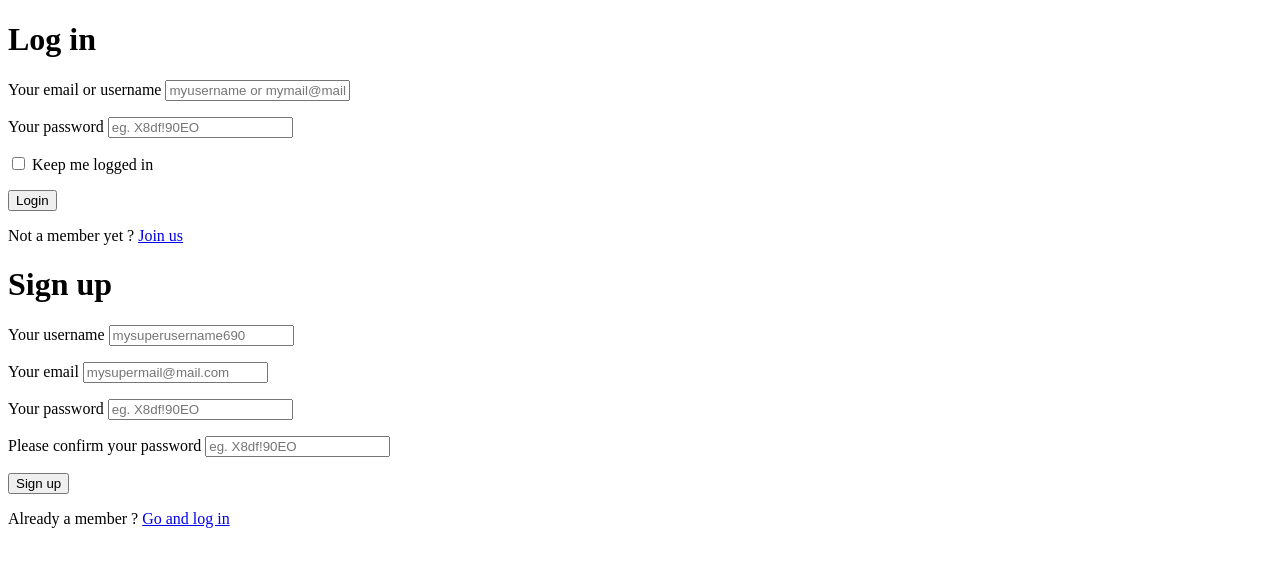
Repository: bhakal/All_Projects
Page: eclipse-javascript/JSValidationApp/index.html
The author's editor kept a copy of each file at every save. The page is drawn from the files as they stood at one save, then again after the next save.
The browser window is 1280 px wide. The pictures show the whole page.

Above is the page before, as saved 2019-08-23 05:53:32.

### eclipse-javascript/JSValidationApp/index.html
<!DOCTYPE html>
<html>
<head>
<meta charset="ISO-8859-1">
<title>Insert title here</title>
<script type = "text/javascript" src = "js/validate.js"></script>
</head>
<body >


<div id="container_demo" >
	<!-- hidden anchor to stop jump http://www.css3create.com/Astuce-Empecher-le-scroll-avec-l-utilisation-de-target#wrap4  -->
	<a class="hiddenanchor" id="toregister"></a>
	<a class="hiddenanchor" id="tologin"></a>
	<div id="wrapper">
		<div id="login" class="animate form">
			<form  action="mysuperscript.php" autocomplete="on">
				<h1>Log in</h1>
				<p>
					<label for="username" class="uname" data-icon="u" > Your email or username </label>
					<input id="username" name="username" required="required" type="text" placeholder="myusername or mymail@mail.com"/>
				</p>
				<p>
					<label for="password" class="youpasswd" data-icon="p"> Your password </label>
					<input id="password" name="password" required="required" type="password" placeholder="eg. X8df!90EO" />
				</p>
				<p class="keeplogin">
					<input type="checkbox" name="loginkeeping" id="loginkeeping" value="loginkeeping" />
					<label for="loginkeeping">Keep me logged in</label>
				</p>
				<p class="login button">
					<input type="submit" value="Login" />
				</p>
				<p class="change_link">
					Not a member yet ?
					<a href="#toregister" class="to_register">Join us</a>
				</p>
			</form>
		</div>

		<div id="register" class="animate form">
			<form  action="mysuperscript.php" autocomplete="on">
				<h1> Sign up </h1>
				<p>
					<label for="usernamesignup" class="uname" data-icon="u">Your username</label>
					<input id="usernamesignup" name="usernamesignup" required="required" type="text" placeholder="mysuperusername690" />
				</p>
				<p>
					<label for="emailsignup" class="youmail" data-icon="e" > Your email</label>
					<input id="emailsignup" name="emailsignup" required="required" type="email" placeholder="mysupermail@mail.com"/>
				</p>
				<p>
					<label for="passwordsignup" class="youpasswd" data-icon="p">Your password </label>
					<input id="passwordsignup" name="passwordsignup" required="required" type="password" placeholder="eg. X8df!90EO"/>
				</p>
				<p>
					<label for="passwordsignup_confirm" class="youpasswd" data-icon="p">Please confirm your password </label>
					<input id="passwordsignup_confirm" name="passwordsignup_confirm" required="required" type="password" placeholder="eg. X8df!90EO"/>
				</p>
				<p class="signin button">
					<input type="submit" value="Sign up"/>
				</p>
				<p class="change_link">
					Already a member ?
					<a href="#tologin" class="to_register"> Go and log in </a>
				</p>
			</form>
		</div>

	</div>
</div>


</body>
</html>

Loaded but not shown: eclipse-javascript/JSValidationApp/js/validate.js (common file)

After the next save:
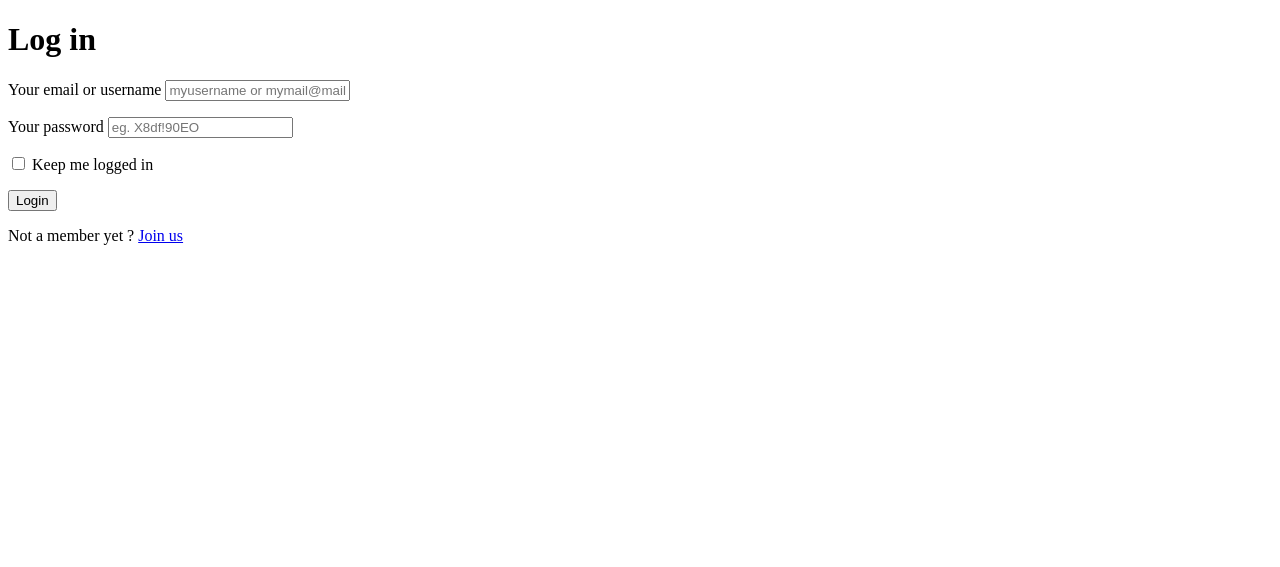
Saved 15 s later.
--- a/eclipse-javascript/JSValidationApp/index.html
+++ b/eclipse-javascript/JSValidationApp/index.html
@@ -3,72 +3,48 @@
 <head>
 <meta charset="ISO-8859-1">
 <title>Insert title here</title>
-<script type = "text/javascript" src = "js/validate.js"></script>
+<script type="text/javascript" src="js/validate.js"></script>
 </head>
-<body >
+<body>
 
 
-<div id="container_demo" >
-	<!-- hidden anchor to stop jump http://www.css3create.com/Astuce-Empecher-le-scroll-avec-l-utilisation-de-target#wrap4  -->
-	<a class="hiddenanchor" id="toregister"></a>
-	<a class="hiddenanchor" id="tologin"></a>
-	<div id="wrapper">
-		<div id="login" class="animate form">
-			<form  action="mysuperscript.php" autocomplete="on">
-				<h1>Log in</h1>
-				<p>
-					<label for="username" class="uname" data-icon="u" > Your email or username </label>
-					<input id="username" name="username" required="required" type="text" placeholder="myusername or mymail@mail.com"/>
-				</p>
-				<p>
-					<label for="password" class="youpasswd" data-icon="p"> Your password </label>
-					<input id="password" name="password" required="required" type="password" placeholder="eg. X8df!90EO" />
-				</p>
-				<p class="keeplogin">
-					<input type="checkbox" name="loginkeeping" id="loginkeeping" value="loginkeeping" />
-					<label for="loginkeeping">Keep me logged in</label>
-				</p>
-				<p class="login button">
-					<input type="submit" value="Login" />
-				</p>
-				<p class="change_link">
-					Not a member yet ?
-					<a href="#toregister" class="to_register">Join us</a>
-				</p>
-			</form>
+	<div id="container_demo">
+		<!-- hidden anchor to stop jump http://www.css3create.com/Astuce-Empecher-le-scroll-avec-l-utilisation-de-target#wrap4  -->
+		<a class="hiddenanchor" id="toregister"></a> <a class="hiddenanchor"
+			id="tologin"></a>
+		<div id="wrapper">
+			<div id="login" class="animate form">
+				<form action="mysuperscript.php" autocomplete="on">
+					<h1>Log in</h1>
+					<p>
+						<label for="username" class="uname" data-icon="u"> Your
+							email or username </label> <input id="username" name="username"
+							required="required" type="text"
+							placeholder="myusername or mymail@mail.com" />
+					</p>
+					<p>
+						<label for="password" class="youpasswd" data-icon="p">
+							Your password </label> <input id="password" name="password"
+							required="required" type="password" placeholder="eg. X8df!90EO" />
+					</p>
+					<p class="keeplogin">
+						<input type="checkbox" name="loginkeeping" id="loginkeeping"
+							value="loginkeeping" /> <label for="loginkeeping">Keep
+							me logged in</label>
+					</p>
+					<p class="login button">
+						<input type="submit" value="Login" />
+					</p>
+					<p class="change_link">
+						Not a member yet ? <a href="#toregister" class="to_register">Join
+							us</a>
+					</p>
+				</form>
+			</div>
+
+
 		</div>
-
-		<div id="register" class="animate form">
-			<form  action="mysuperscript.php" autocomplete="on">
-				<h1> Sign up </h1>
-				<p>
-					<label for="usernamesignup" class="uname" data-icon="u">Your username</label>
-					<input id="usernamesignup" name="usernamesignup" required="required" type="text" placeholder="mysuperusername690" />
-				</p>
-				<p>
-					<label for="emailsignup" class="youmail" data-icon="e" > Your email</label>
-					<input id="emailsignup" name="emailsignup" required="required" type="email" placeholder="mysupermail@mail.com"/>
-				</p>
-				<p>
-					<label for="passwordsignup" class="youpasswd" data-icon="p">Your password </label>
-					<input id="passwordsignup" name="passwordsignup" required="required" type="password" placeholder="eg. X8df!90EO"/>
-				</p>
-				<p>
-					<label for="passwordsignup_confirm" class="youpasswd" data-icon="p">Please confirm your password </label>
-					<input id="passwordsignup_confirm" name="passwordsignup_confirm" required="required" type="password" placeholder="eg. X8df!90EO"/>
-				</p>
-				<p class="signin button">
-					<input type="submit" value="Sign up"/>
-				</p>
-				<p class="change_link">
-					Already a member ?
-					<a href="#tologin" class="to_register"> Go and log in </a>
-				</p>
-			</form>
-		</div>
-
 	</div>
-</div>
 
 
 </body>
